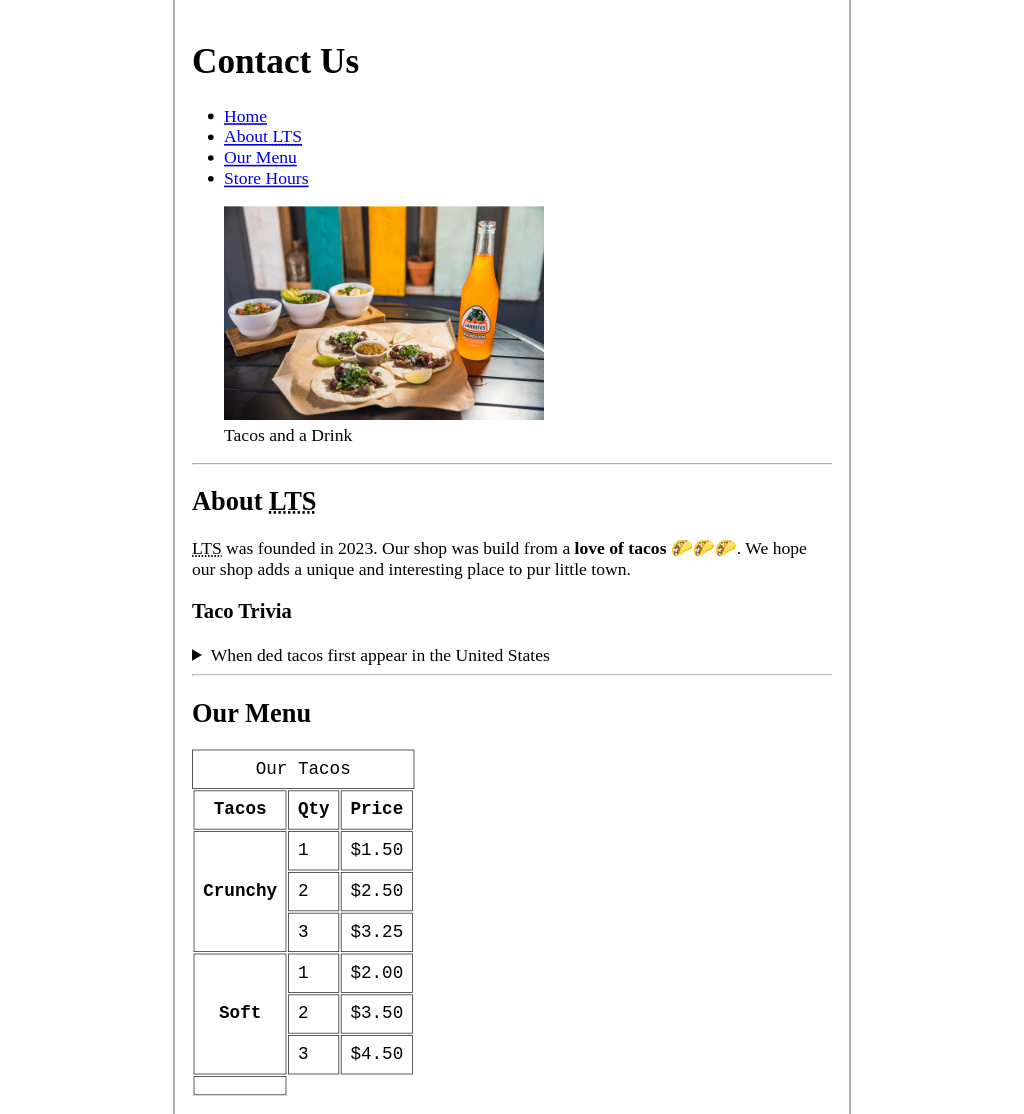
Repository: JavaProgrammerFromEastEurope/project-html-full-tutorial
Page: 10_lesson/contact.html
An editor plug-in stored every save of this project. The page is shown before and after a run of saves, followed by the edit.
The browser window is 1280 px wide. The pictures show the whole page, at 80% of full size.

Above is the page before, as saved 2023-04-07 05:29:58.

After the next 9 saves:
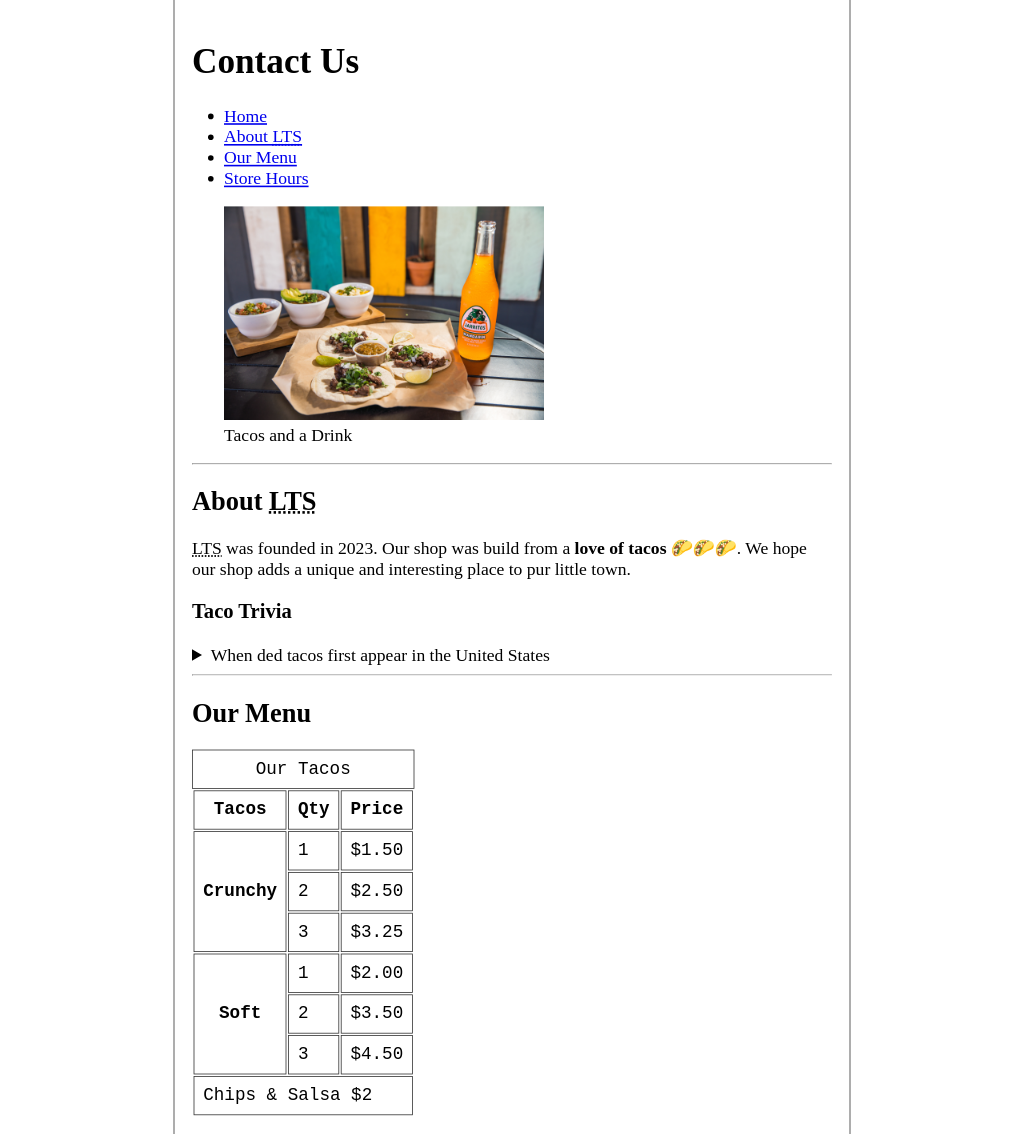
The 9 saves are shown as one change because they came seconds apart.
The last was saved 23 s later.
--- a/10_lesson/contact.html
+++ b/10_lesson/contact.html
@@ -114,7 +114,9 @@
 					</tbody>
 					<tfoot>
 						<tr>
-							<td col></td>
+							<td colspan="3">
+								Chips &amp; Salsa $2
+							</td>
 						</tr>
 					</tfoot>
 				</table>
